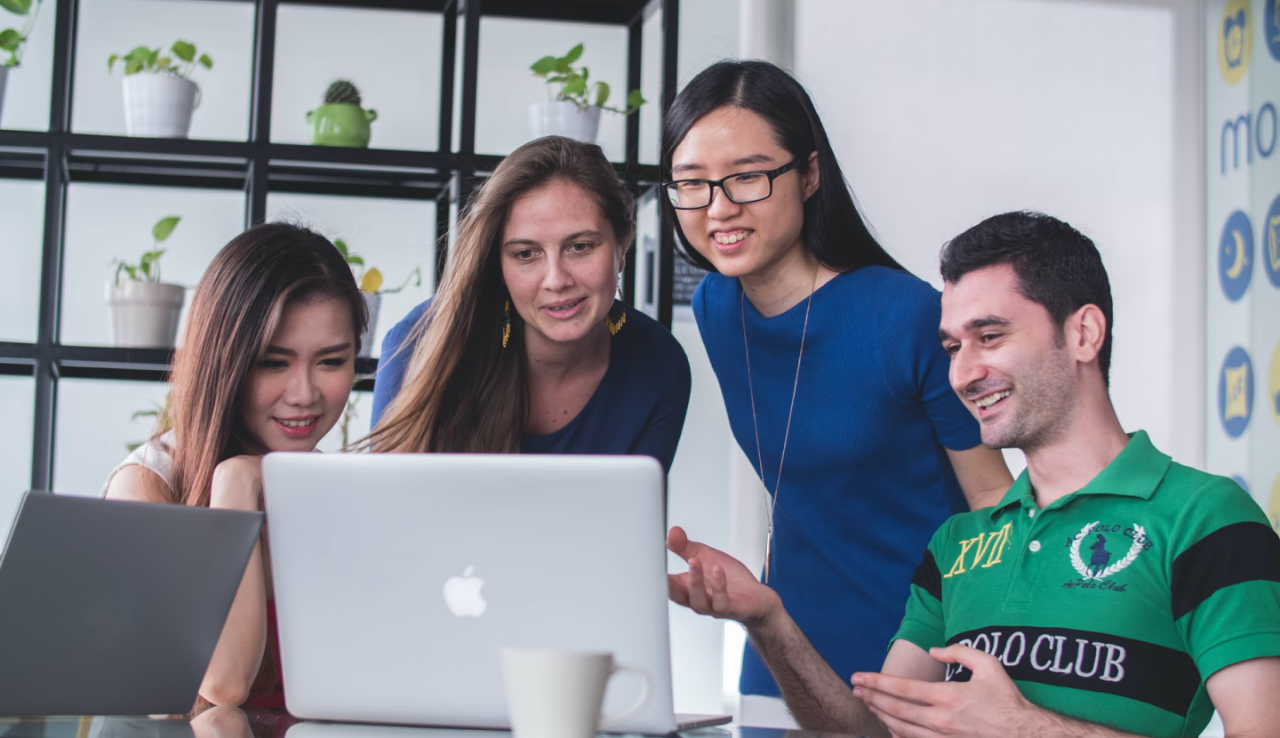
Repository: vandangnhathung/educationplatform
Page: /
These files come from the project's save history. The page is drawn as it stood at one moment and after the next save; the edit follows.
The browser window is 1280 px wide. The pictures show the whole page.
The project was rebuilt for these pictures with package versions that can differ from the ones it lists, and the page was loaded fresh each time.

Above is the page before, as saved 2022-06-20 14:06:07.

After the next save:
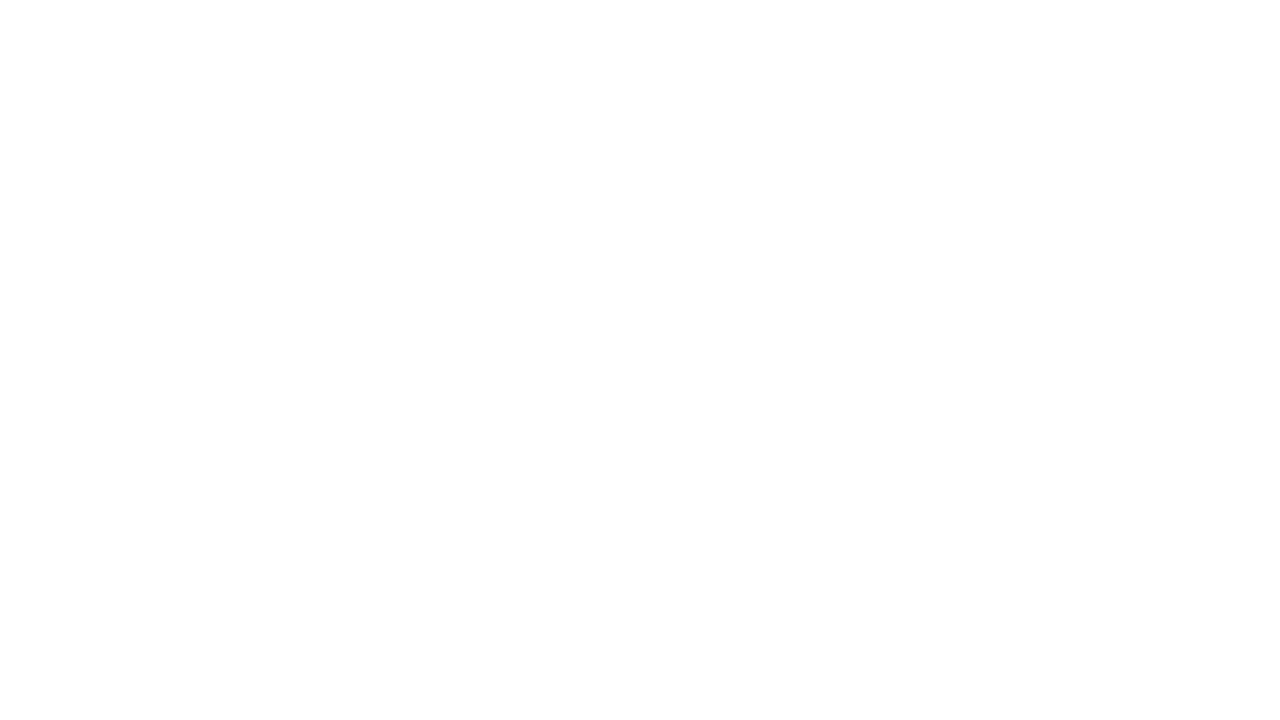
Saved 19 s later.
--- a/src/components/Header.js
+++ b/src/components/Header.js
@@ -5,9 +5,7 @@
 const Header = () => {
   return (
     <HeaderStyles>
-      <div className="container">
-        <img src={headerImg} alt="header_img" />
-      </div>
+      <div className="container"></div>
     </HeaderStyles>
   );
 };

After the 2 saves that followed:
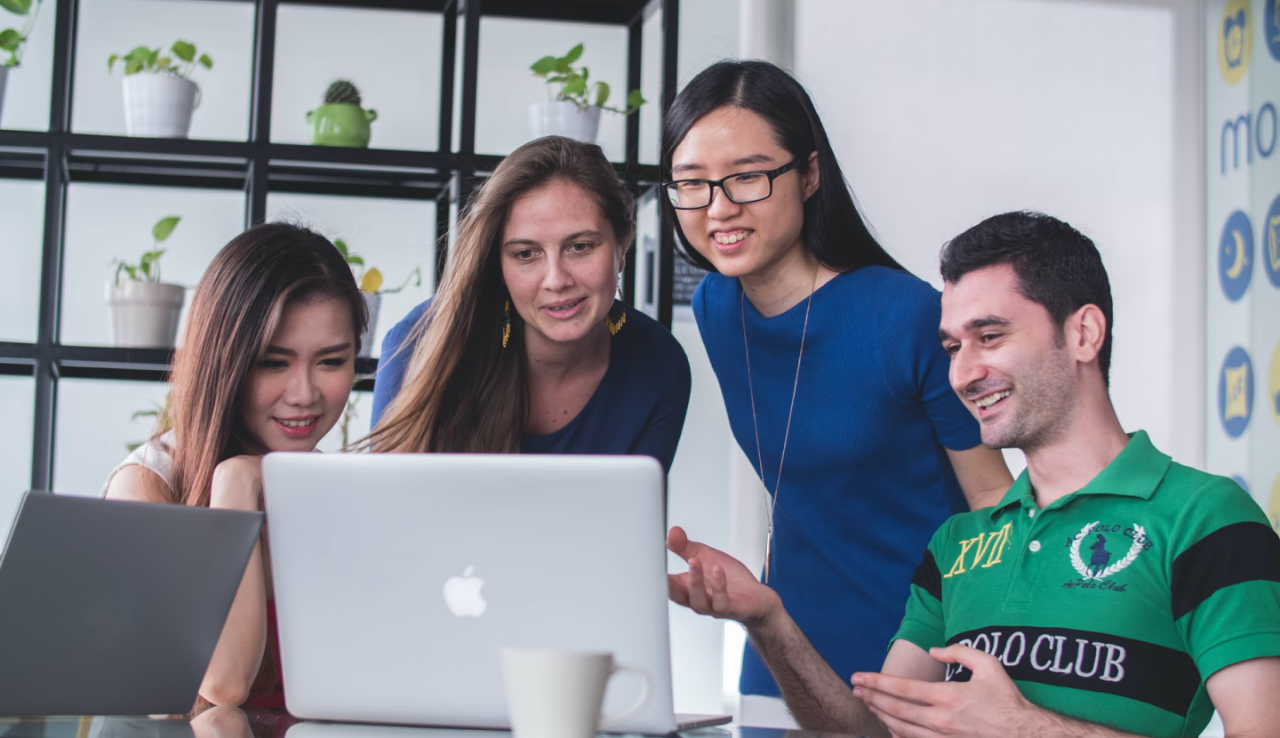
The 2 saves are shown as one change because 1 left the picture as it was.
The last was saved 113 s later.
--- a/src/components/Header.js
+++ b/src/components/Header.js
@@ -1,12 +1,12 @@
 import React, { useEffect } from "react";
-import styled from "styled-components";
 import headerImg from "../images/Images.png";
-const HeaderStyles = styled.div``;
 const Header = () => {
   return (
-    <HeaderStyles>
-      <div className="container"></div>
-    </HeaderStyles>
+    <header>
+      <div className="container">
+        <img src={headerImg} alt="header_img" />
+      </div>
+    </header>
   );
 };
 
